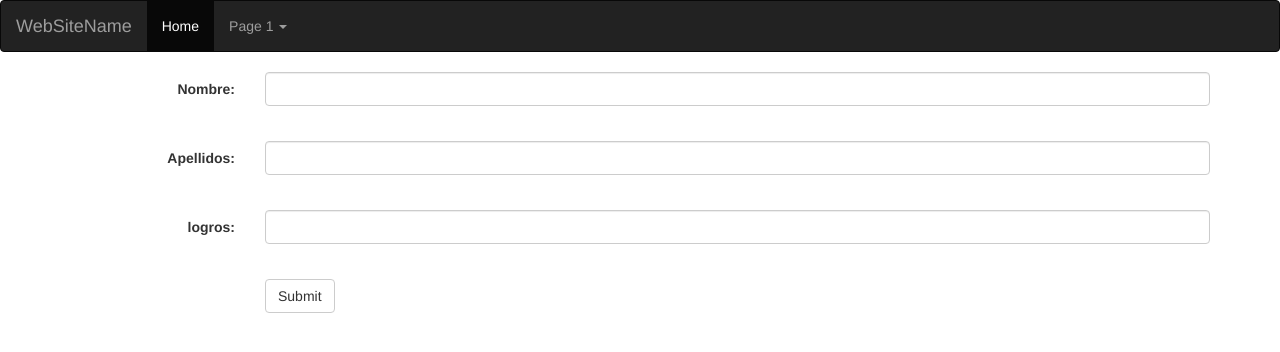
Repository: UAQJavaEveris/ProyectoFinalJuanCarlos
Page: http://localhost/WebCliente/
The author's editor kept a copy of each file at every save. The page is drawn from the files as they stood at one save, then again after the next save.
The browser window is 1280 px wide. The pictures show the whole page.
Some web libraries are served in a nearby version. The page is served by Tomcat 9.

Above is the page before, as saved 2016-12-10 03:02:11.

After the next save:
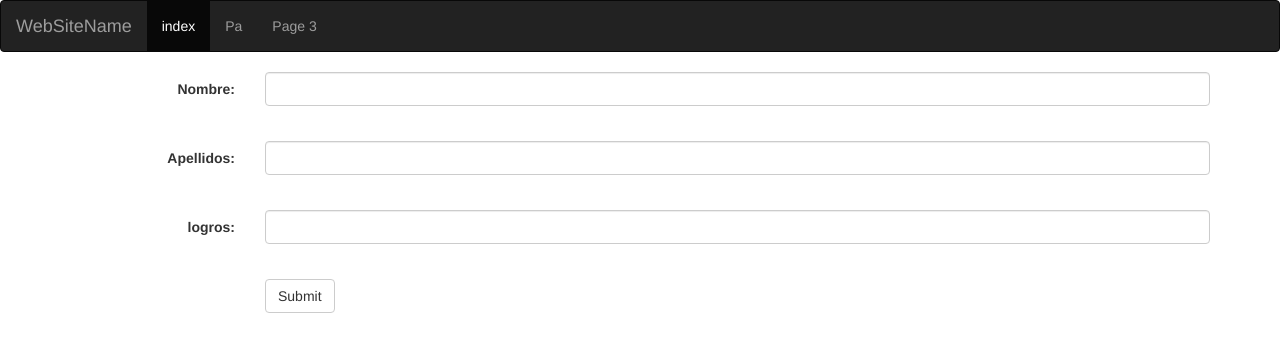
Saved 50 s later.
--- a/WebCliente/WebContent/index.jsp
+++ b/WebCliente/WebContent/index.jsp
@@ -18,17 +18,10 @@
       <a class="navbar-brand" href="#">WebSiteName</a>
     </div>
     <ul class="nav navbar-nav">
-      <li class="active"><a href="#">Home</a></li>
-      <li class="dropdown">
-        <a class="dropdown-toggle" data-toggle="dropdown" href="#">Page 1
-        <span class="caret"></span></a>
-        <ul class="dropdown-menu">
-          <li><a href="#">Page 1-1</a></li>
-          <li><a href="#">Page 1-2</a></li>
-          <li><a href="#">Page 1-3</a></li>
-        </ul>
-      </li>
-     </ul>
+      <li class="active"><a href="index.jsp">index</a></li>
+      <li><a href="#">Pa</a></li>
+      <li><a href="#">Page 3</a></li>
+    </ul>
   </div>
 </nav>
 <div class="container">
